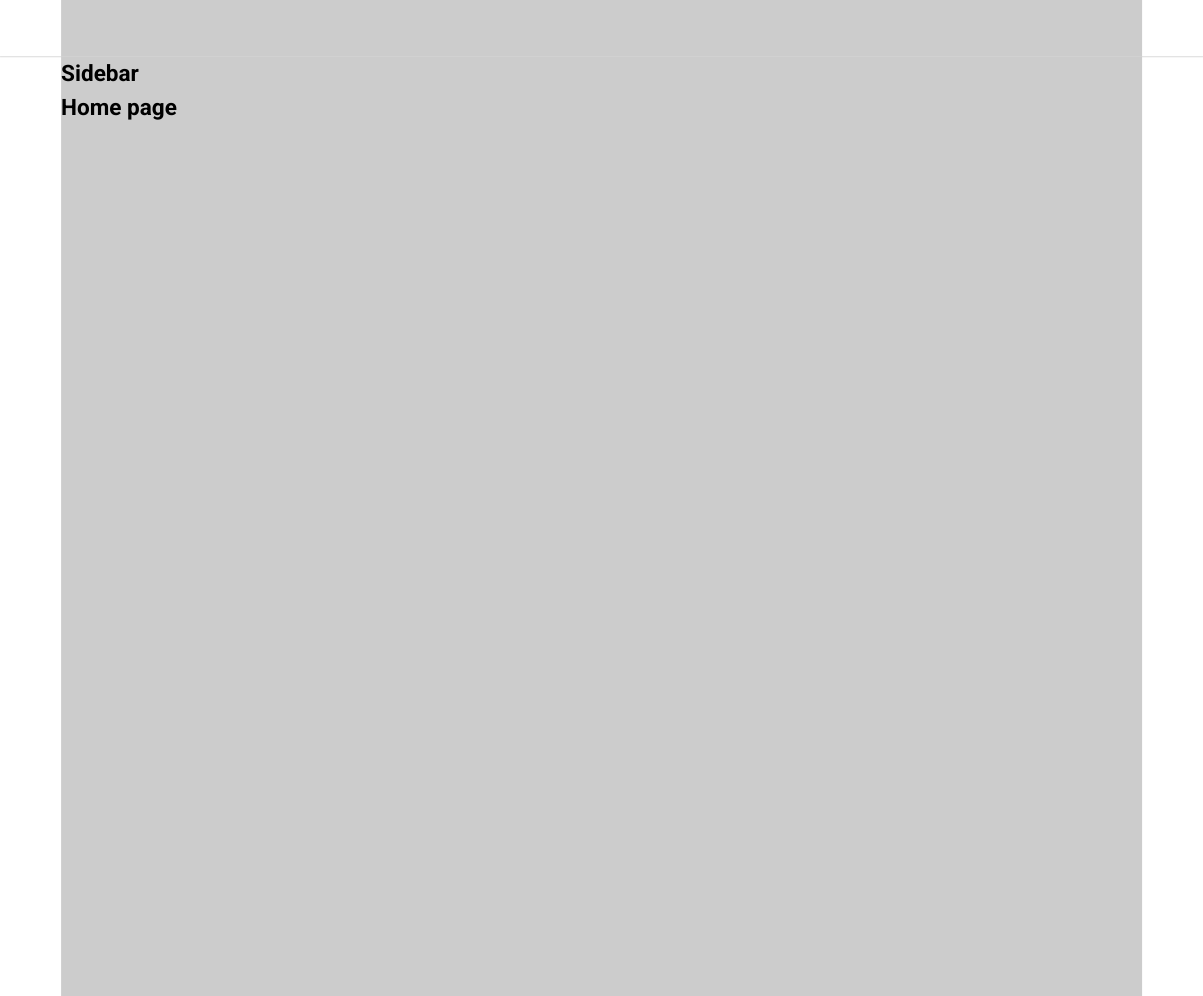
Repository: nguyenhaidang212/tiktok
Page: /
An editor plug-in stored every save of this project. The page is shown before and after the next save, followed by the edit.
The browser window is 1280 px wide. The pictures show the whole page, at 94% of full size.
The project was rebuilt for these pictures with package versions that can differ from the ones it lists, and the page was loaded fresh each time. Also part of the build but not shown: src/pages/Following/index.js, src/pages/Profile/index.js, src/pages/Upload/index.js, src/components/Layout/HeaderOnly/index.js, src/pages/Search/index.js.

Above is the page before, as saved 2023-04-27 13:19:39.

After the next save:
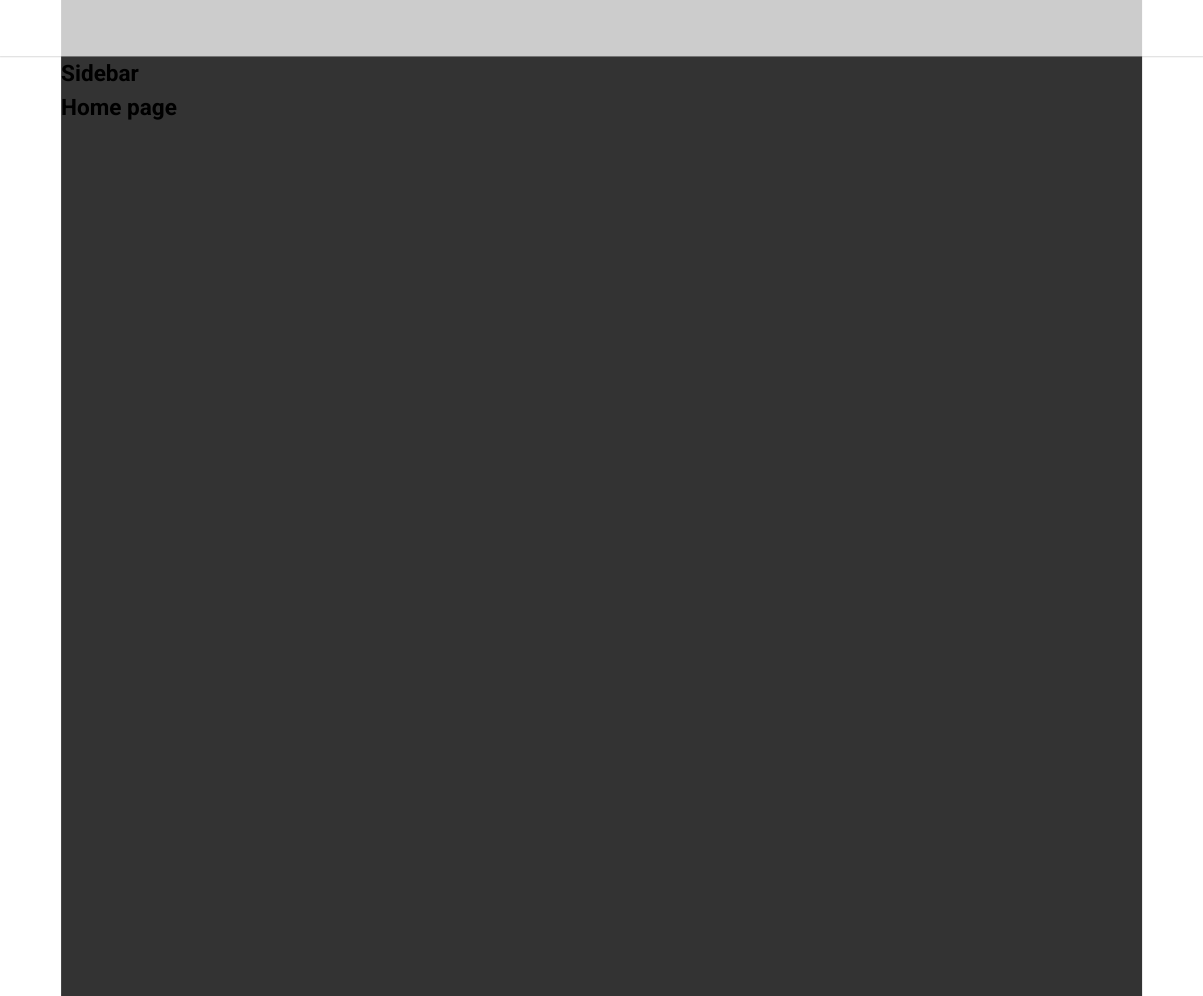
Saved 7 s later.
--- a/src/components/Layout/DefaultLayout/DefaultLayout.module.scss
+++ b/src/components/Layout/DefaultLayout/DefaultLayout.module.scss
@@ -6,5 +6,5 @@
 .container {
     width: 1150px;
     min-height: 1000px;
-    background-color: #ccc;
+    background-color: #333;
 }
